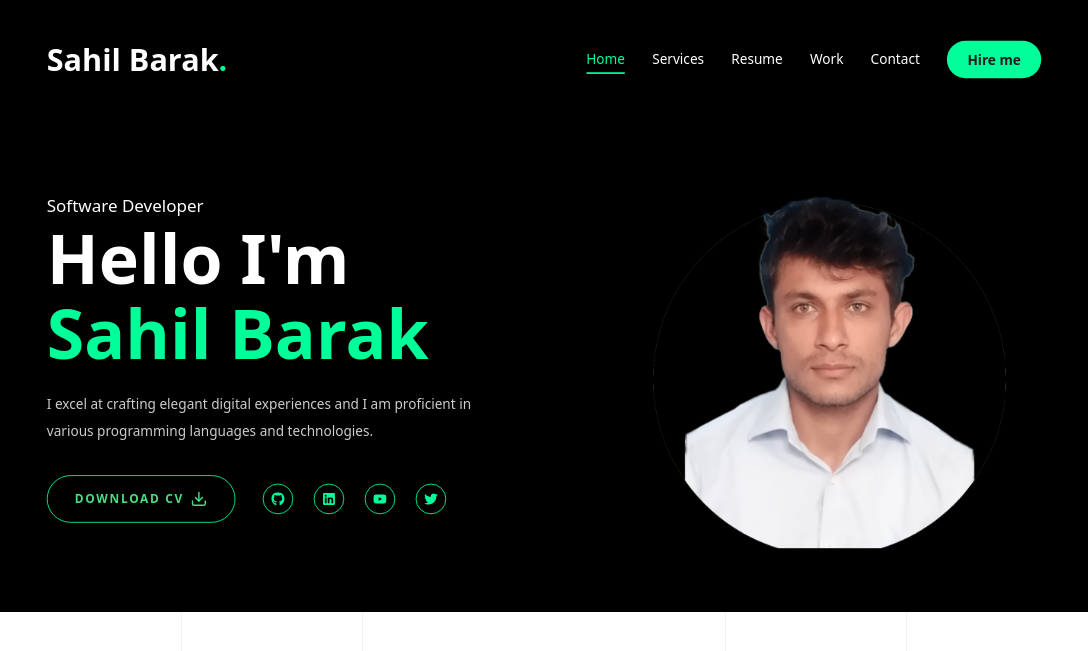
Repository: Moxsahil/My_portfolio
Page: / (app in sahil-portfolio/)
The author's editor kept a copy of each file at every save. The page is drawn from the files as they stood at one save, then again after the next save.
The browser window is 1280 px wide. The pictures show the whole page, at 85% of full size.
The project was rebuilt for these pictures with package versions that can differ from the ones it lists, and the page was loaded fresh each time. The framework's server and built-in components were replaced by stand-ins that run in the browser. Also part of the build but not shown: sahil-portfolio/next.config.mjs.

Above is the page before, as saved 2024-10-01 20:22:56.

After the next save:
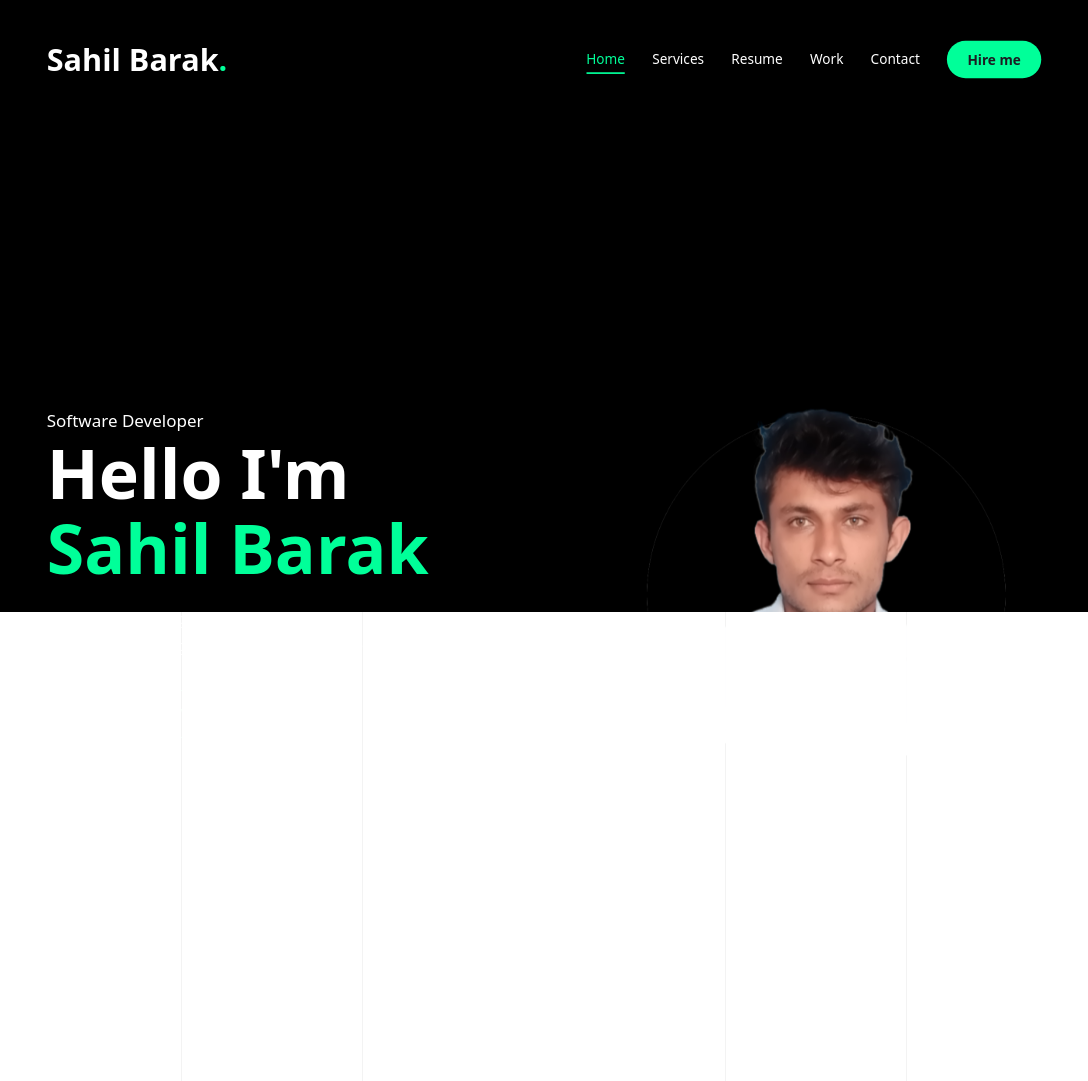
Saved 7 min 50 s later.
--- a/sahil-portfolio/components/Photo.jsx
+++ b/sahil-portfolio/components/Photo.jsx
@@ -13,7 +13,9 @@
       transition: {delay: 2,duration: 0.4, ease: "easeIn"},
     }}
   >
+    {/* image */}
         <motion.div
+
         initial={{opacity: 0}}
         animate={{
           opacity: 1,
@@ -30,6 +32,11 @@
             className="object-contain"
             />
         </motion.div>
+
+    {/* circle */}
+    <motion.svg className="w-[300px] xl:w-[506px] h-[300px] xl:h-[506px]">
+    <motion.circle />
+    </motion.svg>
     </motion.div>
   </div>
   );
